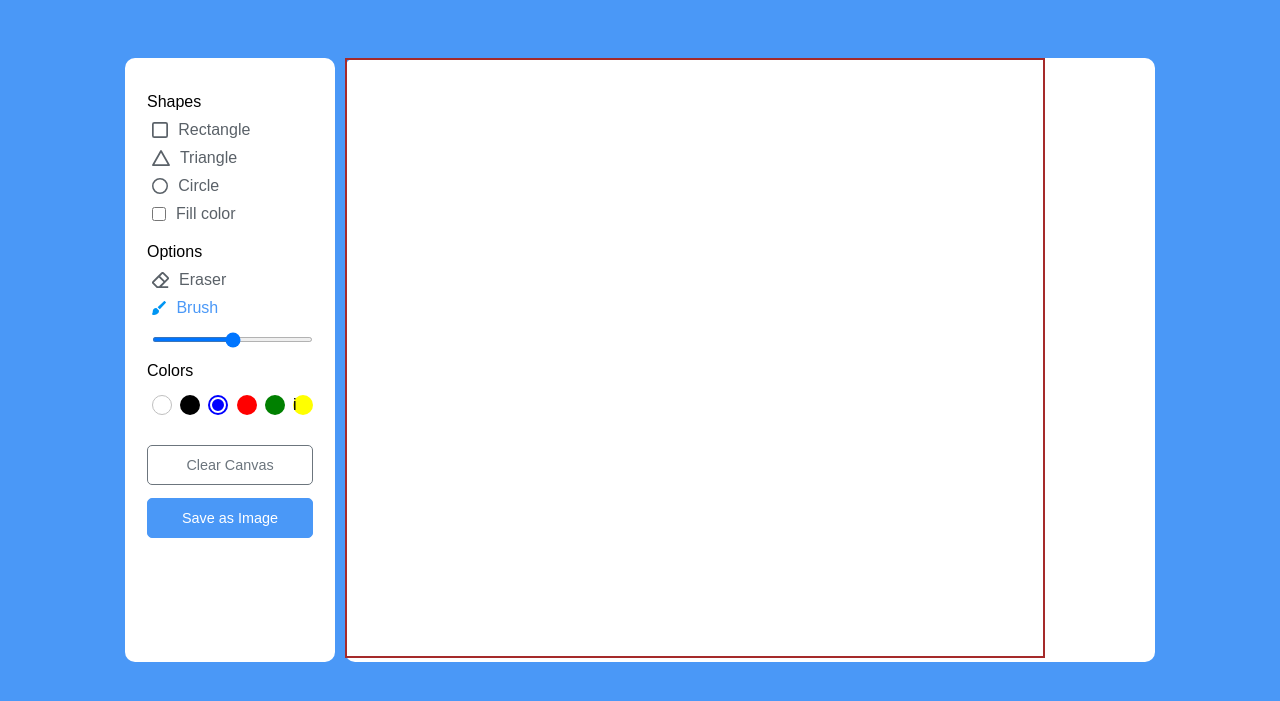
Repository: mdsajib50/Drawing-app
Page: index.html
These files come from the project's save history. The page is drawn as it stood at one moment and after a run of saves; the edit follows.
The browser window is 1280 px wide. The pictures show the whole page.

Above is the page before, as saved 2025-02-19 19:43:52.

After the next 2 saves:
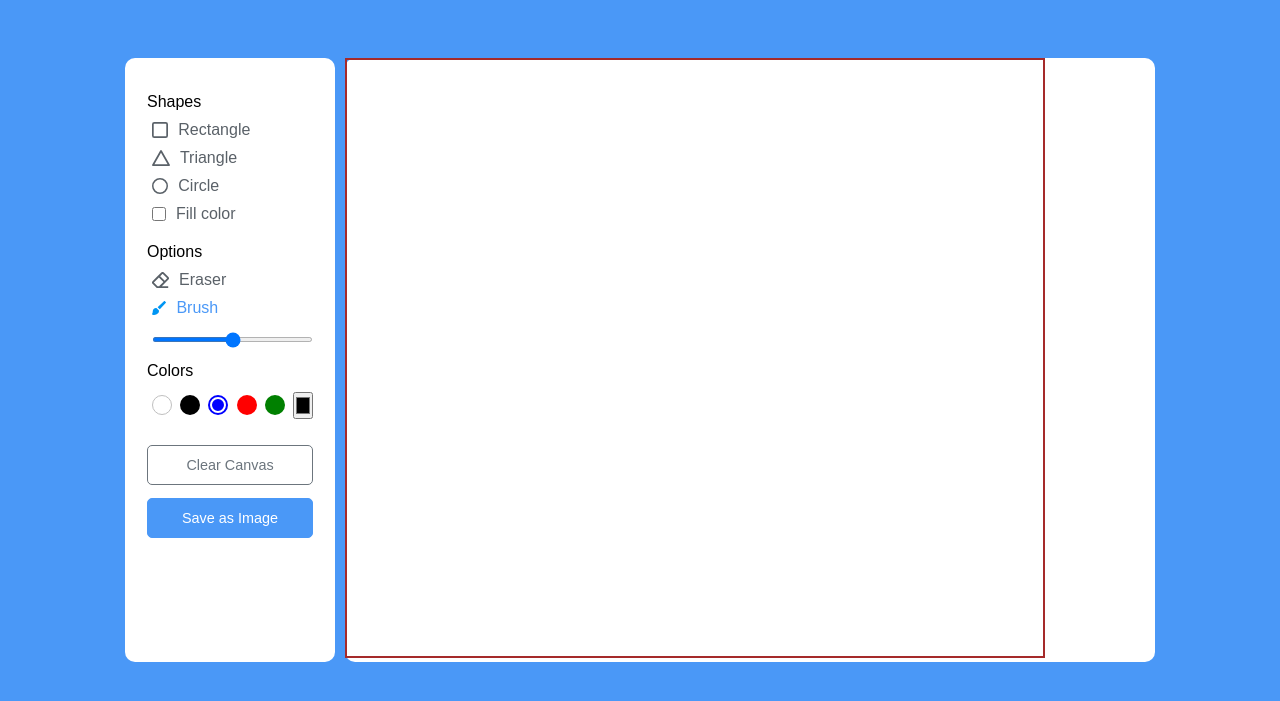
The 2 saves are shown as one change because they came seconds apart.
The last was saved 7 s later.
--- a/index.html
+++ b/index.html
@@ -56,7 +56,7 @@
                     <li class="option"></li>
                     <li class="option"></li>
                     <li class="option">
-                        i
+                        <input type="color" name="" id="">
                     </li>
                    </ul>
                 </div>
